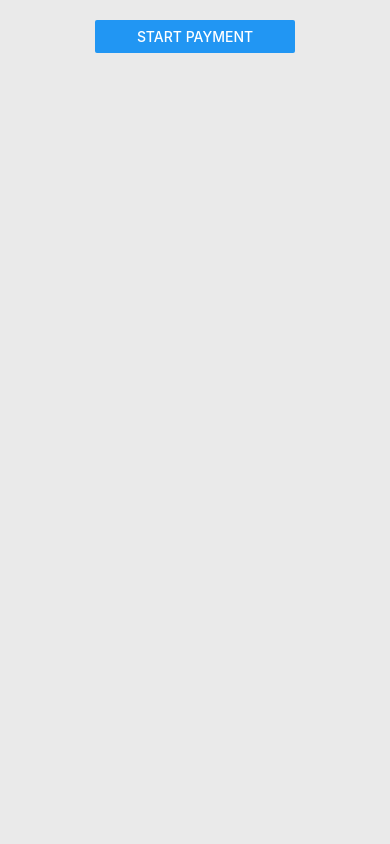
Repository: cashfree/pg-platform-custom-checkout
Screen: / (app in ReactNativeCustomCheckout/)
An editor plug-in stored every save of this project. The screen is shown before and after the next save, followed by the edit.
The app was drawn by React Native's web renderer in a window 390 px wide. The project was rebuilt for these pictures with package versions that can differ from the ones it lists, and the page was loaded fresh each time.

Above is the screen before, as saved 2023-02-20 00:52:02.

### ReactNativeCustomCheckout/App.tsx
/**
 * Sample React Native App
 * https://github.com/facebook/react-native
 *
 * @format
 */

import React from 'react';
import {StyleSheet, Button, View} from 'react-native';

import {NativeModules} from 'react-native';
const {PaymentSDKApi} = NativeModules;

function startCheckout() {
  var returnUrl = 'https://merchant.in/pg/process_return';
  var sessionId =
    'session_n5O9jqgE5m-xr-4mHF-54PHvNvz9ClNw43QnmyO7PovpqGBVwfKz64t7M0B8UKnbDhJNO2jQzgxElZ11x9arPCtoIY05m8B78ROa8CE9pYP6';
  PaymentSDKApi.doPayment(sessionId, returnUrl);
}

function App(): JSX.Element {
  return (
    <View style={styles.container}>
      <View style={styles.button}>
        <Button onPress={() => startCheckout()} title="Start Payment" />
      </View>
    </View>
  );
}

const styles = StyleSheet.create({
  container: {
    backgroundColor: '#eaeaea',
    alignItems: 'center',
    flexDirection: 'column',
    flex: 1,
  },
  button: {
    color: '#61aafb',
    margin: 8,
    marginTop: 20,
    width: 200,
  },
});

export default App;

After the next save:
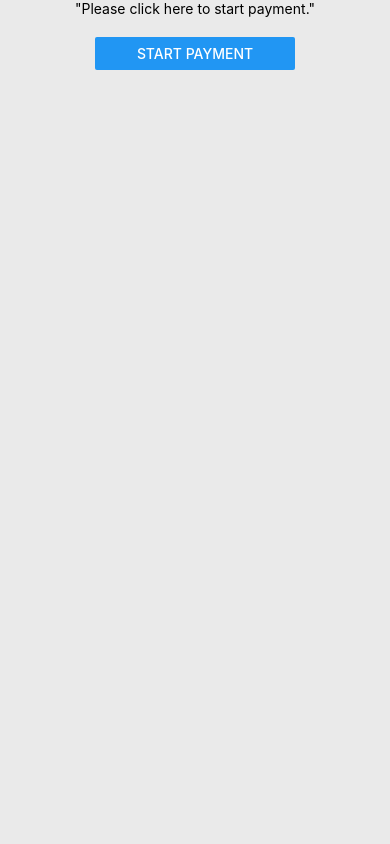
Saved 8 min 34 s later.
--- a/ReactNativeCustomCheckout/App.tsx
+++ b/ReactNativeCustomCheckout/App.tsx
@@ -6,7 +6,7 @@
  */
 
 import React from 'react';
-import {StyleSheet, Button, View} from 'react-native';
+import {StyleSheet, Button, Text, View} from 'react-native';
 
 import {NativeModules} from 'react-native';
 const {PaymentSDKApi} = NativeModules;
@@ -21,6 +21,7 @@ function startCheckout() {
 function App(): JSX.Element {
   return (
     <View style={styles.container}>
+      <Text> "Please click here to start payment." </Text>
       <View style={styles.button}>
         <Button onPress={() => startCheckout()} title="Start Payment" />
       </View>
